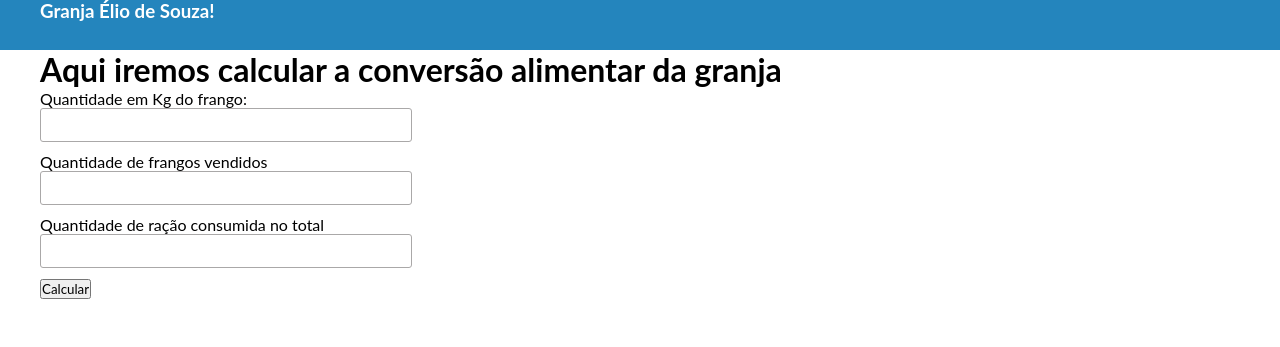
Repository: JoaoNahid/adminSystem
Page: /calculos (app in client/)
The author's editor kept a copy of each file at every save. The page is drawn from the files as they stood at one save, then again after the next save.
The browser window is 1280 px wide. The pictures show the whole page.
The project was rebuilt for these pictures with package versions that can differ from the ones it lists, and the page was loaded fresh each time. Also part of the build but not shown: client/src/App.css, client/src/routes/login.js, client/src/routes/cadastro.js, client/src/routes/home.js, client/src/routes/404.js, client/src/routes/lote.js.

Above is the page before, as saved 2022-04-20 21:37:57.

### client/src/App.js
import logo from './logo.svg';
import React, { useState, useEffect } from "react"
import './App.css';
import './css/style.css';


// Router
import { BrowserRouter as Router, Route, Routes } from 'react-router-dom';
// Telas
import Login from './routes/login.js'
import Cadastro from './routes/cadastro.js'
import Home from './routes/home.js'
import Error from './routes/404.js'
import Header from './routes/header.js'
import Lote from './routes/lote.js'
import Calculos from './routes/calculos.js'

export default function App() {
  return (
    <Router>
      <div>
        <Header />
        <Routes>
          <Route exact path="/login" element={<Login />} />
          <Route exact path="/cadastro" element={<Cadastro />} />
          <Route exact path="/" element={<Home />} />
          <Route exact path="/home" element={<Home />} />
          <Route exact path="/lote/:id" element={<Lote />} />
          <Route exact path="/calculos" element={<Calculos />} />
          <Route path="*" element={<Error />} />
        </Routes>
      </div>
    </Router>
  )
}

### client/src/css/style.css
body{
  margin: 0;
  padding: 0;
  font-family: 'Lato', sans-serif;
}
*{
  margin: 0;
  padding: 0;
  font-family: 'Lato', sans-serif;
}
:root{
  --cor1: #099c22;
  --cor2: #424242;
}

@import url('https://fonts.googleapis.com/css2?family=Lato:ital,wght@0,100;0,300;0,400;0,700;0,900;1,100;1,300;1,400;1,700;1,900&display=swap');


.container{
  width: calc(100% - 80px);
  padding: 0 15px;
  margin: 0 auto;
}
.nomePagina{
  padding: 8px 0;
  margin-bottom: 15px;
  background-color: #fff;
  display: flex;
  flex-direction: row;
  justify-content: space-between;
  align-items: center;
}

.tituloPagina{
  color: var(--cor2);
  font-size: 30px;
}
.mostrarEstatisticas{
  color: var(--cor2);
  font-size: 30px;
  cursor: pointer;
  transform: rotate(180deg);
}
.flexBox{
  display: flex;
}
.flexRow{
  flex-direction: row;
}
/* SIDEBAR */
.sidebar{
  position: fixed;
  top: 0;
  bottom: 0;
  height: auto;
  width: 70px;
  background-color: var(--cor2);
  box-shadow: 10px 0 0 var(--cor1);
  overflow: hidden;
  transition: 0.5s;
  z-index: 2;
}
.sidebar:hover{
  width: 300px;
}
.sidebar ul{
  position: absolute;
  top: 200px;
  left: 0;
  width: 100%;
  padding-left: 5px;
}
.sidebar ul li{
  position: relative;
  list-style: none;
  width: 100%;
  border-top-left-radius: 20px;
}
.sidebar ul li a{
  position: relative;
  display: flex;
  width: 100%;
  text-decoration: none;
  color: #fff;
}
.sidebar .iconeSidebar{
  position: relative;
  display: block;
  min-width: 60px;
  height: 60px;
  text-align: center;
  line-height: 70px;
}
.sidebar .iconeSidebar ion-icon{
  position: relative;
  font-size: 1.5rem;
  z-index: 1;
}
.sidebar .tituloSidebar{
  position: relative;
  display: block;
  padding-left: 10px;
  height: 60px;
  line-height: 60px;
  white-space: nowrap;
}
.sidebar .active{
  background: var(--cor1);
}
.perfilUsuario{
  position: relative;
  top: 30px;
  display: flex;
  flex-direction: column;
  justify-content: center;
  align-items: center;
}
.fotoUsuario{
  width: 50px;
  height: 50px;
  border-radius: 50%;
  background-size: cover !important;
  background-repeat: no-repeat !important;
  background-position: center !important;
  transition: 0.6s;
}
.sidebar:hover .fotoUsuario{
  width: 100px;
  height: 100px;
}
.sidebar:hover .nomeUsuario,
.sidebar:hover .funcaoUsuario{
  visibility: visible;
  opacity: 1;
  transition: visibility 0s, opacity 0s linear;
}
.nomeUsuario{
  color: #fff;
  font-size: 20px;
  margin-top: 6px;
  visibility: hidden;
  opacity: 0;
  transition: visibility 0s, opacity 0s linear;
}
.funcaoUsuario{
  color: #fff;
  font-size: 15px;
  visibility: hidden;
  opacity: 0;
  transition: visibility 0s, opacity 0s linear;
}
/* FIM SIDEBAR */

/* DASHBOARD */
.areaBlocosEstatisticas{
  display: grid;
  grid-template-columns: repeat(4, 1fr);
  justify-content: center;
  gap: 20px;
  flex-direction: row;
}
@media(max-width: 1064px){
  .areaBlocosEstatisticas{
    grid-template-columns: repeat(2, 1fr);
  }
}
@media(max-width: 651px){
  .areaBlocosEstatisticas{
    grid-template-columns: 1fr;
  }
}
.blocoEstatistica{
  width: auto;
  height: 150px;
  background: var(--cor2);
  color: #fff;
  border-bottom: 3px solid var(--cor1);
  border-top-left-radius: 20px;
  border-top-right-radius: 20px;
  display: flex;
  flex-direction: column;
  justify-content: space-between;
  align-items: center;
  padding: 8px 12px;
}
.tituloEstatistica{
  font-size: 25px;
  text-transform: capitalize;
}
.conteudoEstatistica{
  display: flex;
  flex-direction: row;
  align-items: center;
  justify-content: space-between;
  width: 100%;
  padding-bottom: 25px;
}
.iconeEstatistica{
  width: 85px;
  font-size: 50px;
  z-index: 0;
}
.dadosEstatistica{
  text-align: center;
  width: 100%;
  font-size: 60px;
  color: #fff;
}
.exibirMenu{
  margin-top: -1000px !important;
  transition: .3s;
}
.rotacionarBtn{
  transform: rotate(180deg);
  transition: .7s ease-in;
}
/* FIM DASHBOARD */

/* LOGIN */
#bgAreaLogin{
  background: rgb(9,156,34);
  background: linear-gradient(0deg, rgba(9,156,34,1) 0%, rgba(66,66,66,1) 100%);
  width: 100%;
  height: 100vh;
}
#areaLogin{
  position: absolute;
  top: 0;
  bottom: 0;
  right: 0;
  left: 0;
  margin: auto auto;
  width: 350px;
  height: 400px;
  box-shadow: rgba(0, 0, 0, 0.1) 0px 10px 15px -3px, rgba(0, 0, 0, 0.05) 0px 4px 6px -2px;
  background-color: #fff;
}
.formLogin{
  padding: 15px 45px ;
  display: flex;
  flex-direction: column;
  gap: 15px;
  align-items: center;
  justify-content: center;
  height: 100%;
}
#areaLogin input{
  /* border-top: 0 none;
  border-right: 0 none;
  border-left: 0 none;
  border-color: var(--cor1); */
  border: 0 none;
  background: #42424255;
  color: var(--cor2);
  border-radius: 20px;
  padding: 8px 12px;
  font-size: 15px;
  width: calc(100% - 24px);
}
#areaLogin input::placeholder{
  color: #fff;
}
#areaLogin input:focus{
  outline: none;
}
.btnLogar{
  width: 100% !important;
  background-color: var(--cor2) !important;
  transition: .3s;
  color: #fff !important;
}
.btnLogar:hover{
  background-color: var(--cor1) !important;
  color: #fff !important;
  cursor: pointer;
}
.esqueciASenha{
  font-size: 13px;
  color: var(--cor2);
  text-decoration: none;
}
.esqueciASenha:hover{
  color: inherit;
}

/* FIM LOGIN */

/* Edição Site */
#areaTotalEdicaoSite{
  width: 100%;
}
.menuPaginas{
  display: flex;
  justify-content: center;
  flex-direction: row;
  margin-left: 230px;
  gap: 1px;
  background: var(--cor1);
}
.paginaEdicao{
  padding: 10px 10px;
  background-color: var(--cor2);
  color: #fff;
  width: 100%;
  text-align: center;
}
.paginaEdicao:hover{
  background: var(--cor1);
  cursor: pointer;
}
.menuSectionsPagina{
  width: 230px;
  display: flex;
  flex-direction: column;
  justify-content: center;
  background: var(--cor1);
}
.sectionEdicao{
  background: var(--cor2);
  color: #fff;
  width: calc(100% - 25px);
  text-align: left;
  padding: 16px 12px;
  text-decoration: none;
}
.sectionEdicao:hover{
  background: var(--cor1);
  cursor: pointer;
}
.boxFormEdicao{
  padding: 20px;
  width: calc(100% - 267px);
  border: solid 1px var(--cor2);
  border-left: solid 1px var(--cor1);
}
.tituloCampo{
  font-size: 18px;
  color: var(--cor2);
  margin-bottom: 10px;
}
.menuAtivo{
  background-color: var(--cor1);
}
/* Fim Edição Site */


/* INPUTS */
input:focus{
  outline: 0;
}
.formEdicao input{
  border-top: 0 none;
  border-right: 0 none;
  border-left: 0 none;
  border-bottom: 2px solid var(--cor2);
  padding: 0 5px 2px;
  font-size: 15px;
  transition: 0.3s;
  width: 100%;
}
.formEdicao input:focus{
  border-color: var(--cor1);
}
/* FIM INPUTS */

#headerArea{
  height: 50px;
  width: 100%;
  background-color: rgb(36, 133, 189);
  color: #fff;
}

/* PAGINA DE ERRO */
#errorPage{
  width: 100%;
  text-align: center;
  padding-top: 50px;
}

.inputsConversao{
  border: 1px solid #aaa8a8;
  border-radius: 3px;
  width: 350px;
  padding: 8px 10px;
  margin-bottom: 10px;
}
#gridLotes{
  display: grid;
  grid-template-columns: repeat(4, 1fr);
  gap: 8px;
}
.boxLote{
  padding: 5px;
  text-align: left;

  color: #fff;
}
.loteFechado{
  background-color: rgb(230, 91, 109);
}
.loteAberto{
  background-color: rgb(36, 133, 189);
}

### client/src/routes/header.js
import React, { Component } from "react"

export default function Header() {

    return(
        <div id="headerArea">
            <div className="container">
                <h3>Granja Élio de Souza!</h3>
            </div>
        </div>
    )
}

### client/src/routes/calculos.js
import React, { Component, useState, useEffect } from "react"
import Axios from "axios"

export default function Calculos() {

    const [users, setUsers] = useState([])
    console.log(users)
    /* useEffect((e) => {
      e.preventDefault()
       Axios.get('http://localhost:3001/login').then((response) => {
           console.log(response)
           setUsers(response.data)
       })
   }) */

    function calcularConversao() {

    }



    return (
        <div>
            <div className="container">
                <h1>Aqui iremos calcular a conversão alimentar da granja</h1>
                <p className="tituloInput">Quantidade em Kg do frango:</p>
                <input type="text" className='inputsConversao' name='pesoFrango' defaultValue='' />
                <p className="tituloInput">Quantidade de frangos vendidos</p>
                <input type="number" className='inputsConversao' name='qtdFrangos' defaultValue='' />

                <p className="tituloInput">Quantidade de ração consumida no total</p>
                <input type="text" className='inputsConversao' name='qtdRacao' defaultValue='' />

                <br />
                <button onClick={calcularConversao()}>Calcular</button>
            </div>
        </div>
    )
}

Loaded but not shown: client/public/index.html (common file); client/src/index.js (common file); client/src/index.css (common file); client/src/reportWebVitals.js (common file)

After the next save:
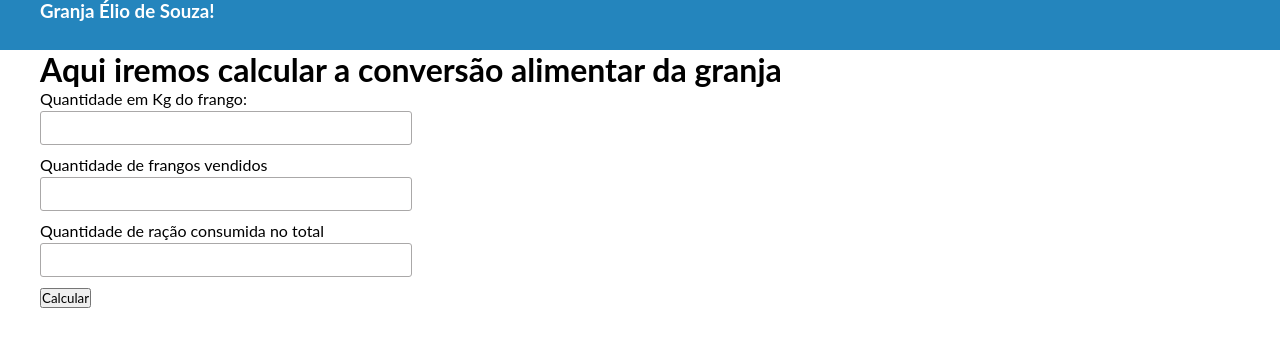
Saved 13 s later.
--- a/client/src/css/style.css
+++ b/client/src/css/style.css
@@ -384,6 +384,9 @@ input:focus{
   padding: 8px 10px;
   margin-bottom: 10px;
 }
+.tituloInput{
+  margin-bottom: 3px;
+}
 #gridLotes{
   display: grid;
   grid-template-columns: repeat(4, 1fr);
